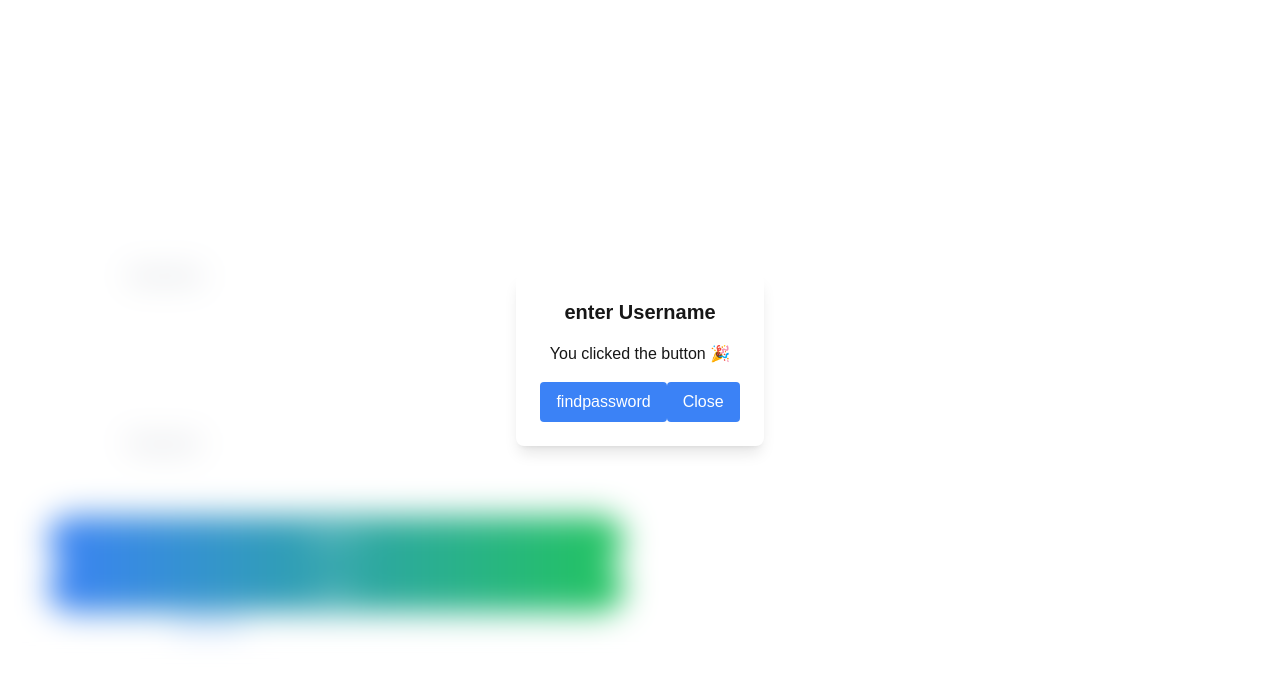
Repository: oxniw/usingmoney
Page: /signin, after clicking the first element matching `span.text-blue-500`
These files come from the project's save history. The page is drawn as it stood at one moment and after the next save; the edit follows.
The browser window is 1280 px wide. The pictures show the whole page.
The project was rebuilt for these pictures with package versions that can differ from the ones it lists, and the page was loaded fresh each time. The framework's server and built-in components were replaced by stand-ins that run in the browser. Also part of the build but not shown: next.config.ts. Imported but missing from the stored project, and not drawn on this page: components/ui/wavy-background.

Above is the page before, as saved 2025-04-09 18:54:30.

### src/app/signin/page.jsx
"use client";

import React, { useEffect, useState } from 'react';
import { useRouter } from 'next/navigation';
import { WavyBackground } from "../../../components/ui/wavy-background";
import '../components/animations.css'; // Import the animations CSS file
import Opup from './opop';
import axios from 'axios';
function Background() {
  const [username, setUsername] = useState("");
  const [password, setPassword] = useState("");
  const [birthday, setBirthday] = useState("");
  const [gender, setGender] = useState("");
  const [error, setError] = useState([]);
  const [showPopup, setShowPopup] = useState(false);
  const router = useRouter();
  const send = async () =>{
    const res = await axios.post("http://127.0.0.1:5000/api/signin", {username: username, password: password})
    return res.data
  }
  const goToAbout = () => {
    if ((username && password !== "") && (username && password !== null)) {
      send().then((data) => {
        console.log(data.message);
        console.log(data);
        if (data.message === "ok") {
          localStorage.setItem("username", username);
          localStorage.setItem("username", password);
          localStorage.setItem("day", "");
          router.push("/about");
        } else {
          setError(data.why)
        }
      })
    }

  };
  const goTologin = () => {

    router.push("/");
  }

  useEffect(() => {
    if(localStorage.getItem("username") !== null && localStorage.getItem("password") !== null){
      router.push("/about");
    }
  }, []);
//<WavyBackground className="fixed inset-0 w-full h-full z-0 bg-cover bg-center"/>
  return (
    <div className="relative h-screen overflow-y-scroll overflow-hidden">
      <div className="grid relative max-w-7xl max-h-7xl-lg rounded-2xl">
          <div className="relative mt-8 w-full max-w-2xl bg-gradient-to-r text-white p-12 rounded-3xl-lg fade-in top-10">
            <h1 className="text-white text-4xl md:text-6xl font-bold fade-in">Sign up</h1>
            <div className="relative w-full max-w-2xl bg-gradient-to-r text-white p-12 rounded-3xl-lg fade-in">
              <p className="relative z-10">username</p>
              <input
              onChange={(e) => setUsername(e.target.value)}
                className="relative z-10 w-full px-8 py-3 max-w-2xl rounded-3xl text-gray-700 bg-white focus:outline-none focus:ring-2 focus:ring-indigo-500"
                type="text"
                placeholder="Username"
              />
            </div>
            <div className="relative w-full max-w-2xl bg-gradient-to-r text-white p-12 rounded-3xl-lg fade-in">
              <p className="relative z-10">password</p>
              <input
              onChange={(e) => setPassword(e.target.value)}
                className="relative z-10 w-full max-w-2xl px-8 py-3 rounded-3xl text-gray-700 bg-white focus:outline-none focus:ring-2 focus:ring-indigo-500"
                type="password"
                placeholder="Password"
              />
            </div>
            <button
              onClick={goToAbout}
              className="relative z-10 w-full max-w-3xl py-3 rounded-3xl text-white bg-gradient-to-r from-blue-500 to-green-500 hover:from-blue-700 hover:to-green-700 focus:outline-none focus:ring-2 focus:ring-indigo-500">
              sign up
            </button>
            <button
            onClick={goTologin}
            className="relative z-10 w-full p-8 max-w-3xl py-3 rounded-3xl text-white bg-gradient-to-r from-blue-500 to-green-500 hover:from-blue-700 hover:to-green-700 focus:outline-none focus:ring-2 focus:ring-indigo-500">Log in</button>
            <div>
            forgot password? <span className="text-blue-500 cursor-pointer" onClick={() => setShowPopup(true)}>click here</span>
          </div>
          </div>

          <div>
            {showPopup && <Opup onClose={() => setShowPopup(false)}/>}
          </div>
        </div>
        {/*<div className="fixed bottom-0 w-full px-4 py-3 text-gray-700 bg-white shadow-sm">*/}
        {/*  {error.map((err, index) => <p key={index}>{err}</p>)}*/}
        {/*  </div>*/}
        <div className="fixed bottom-0 w-full px-4 py-3 text-white bg-black-200 shadow-sm">
          {error.map((err, index) => <p key={index}>{err}</p>)}
        </div>
    </div>
  );
}

export default Background;

### src/app/components/animations.css
@keyframes fadeIn {
    from {
      opacity: 0;
      transform: translateY(-20px);
    }
    to {
      opacity: 1;
      transform: translateY(0);
    }
  }
@keyframes faden {
    from {
      opacity: 0;
    }
    to {
      opacity: 1;
    }
  }
  .fade-in {
    animation: fadeIn 1s ease-out forwards;
  }
  .fade-n {
    animation: faden 1s ease-out forwards;
  }

### src/app/signin/opop.jsx
"use client";
import React, { useState, useEffect } from "react";
import axios from "axios";
function opoup({ onClose }) {
    const [fadeOut, setFadeOut] = useState(false);
    const [getusername, getsetUsername] = useState("");
    const handleClose = () => {
        setFadeOut(true);
        setTimeout(() => {
          onClose();
        }, 300);
      };
    const handleClick = async (username) => {
        const res = await axios.post("http://127.0.0.1:5000/api/returnusename", {
            username : username
        })
    }
  return (
    <div className={`fixed inset-0 flex items-center justify-center z-50 shadow-lg bg-gradient-to-r bg-opacity-10 backdrop-blur-lg transition-all duration-300 fadein ${fadeOut ? "opacity-0" : "opacity-100"} `}>
      <div className="bg-white p-6 rounded-lg shadow-lg text-center">
        <h2 className="text-xl font-bold mb-4">enter Username</h2>
        <p className="mb-4">You clicked the button 🎉</p>
        <button
          onClick={handleClick}
          className="bg-blue-500 text-white px-4 py-2 rounded hover:bg-blue-600"
        >
          findpassword
        </button>
        <button
          onClick={handleClose }
          className="bg-blue-500 text-white px-4 py-2 rounded hover:bg-blue-600"
        >
          Close
        </button>
      </div>
    </div>
  )
}

export default opoup

Loaded but not shown: src/app/layout.tsx (common file); src/app/globals.css (common file); tailwind.config.ts (common file)

After the next save:
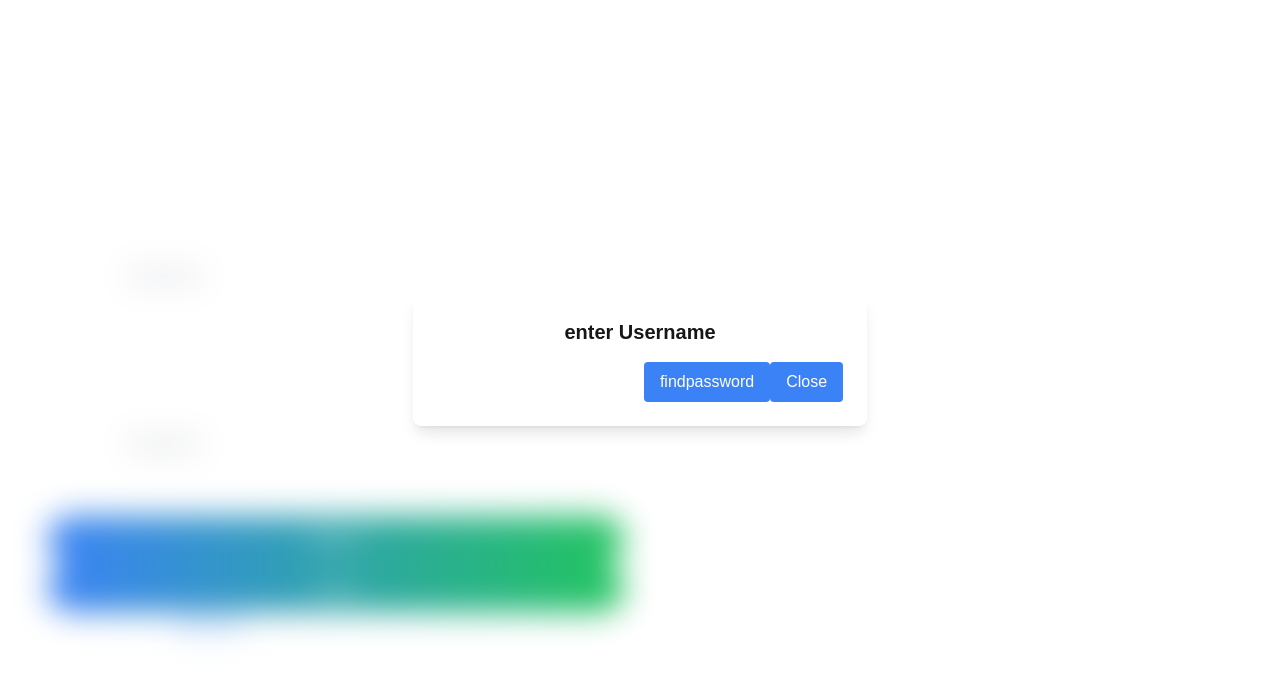
Saved 21 s later.
--- a/src/app/signin/opop.jsx
+++ b/src/app/signin/opop.jsx
@@ -19,7 +19,7 @@ function opoup({ onClose }) {
     <div className={`fixed inset-0 flex items-center justify-center z-50 shadow-lg bg-gradient-to-r bg-opacity-10 backdrop-blur-lg transition-all duration-300 fadein ${fadeOut ? "opacity-0" : "opacity-100"} `}>
       <div className="bg-white p-6 rounded-lg shadow-lg text-center">
         <h2 className="text-xl font-bold mb-4">enter Username</h2>
-        <p className="mb-4">You clicked the button 🎉</p>
+        <input type="text" />
         <button
           onClick={handleClick}
           className="bg-blue-500 text-white px-4 py-2 rounded hover:bg-blue-600"
